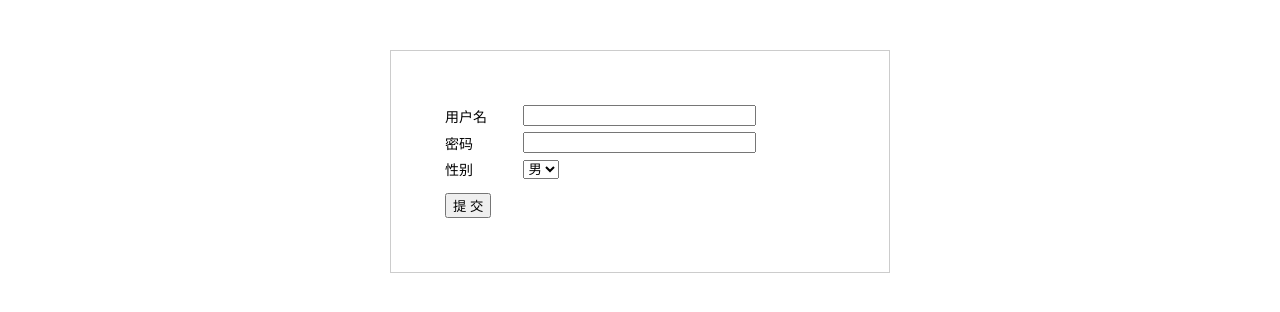
Repository: tangqingyun/java
Page: http://localhost/tamny_blog/Reg.jsp
An editor plug-in stored every save of this project. The page is shown before and after the next save, followed by the edit.
The browser window is 1280 px wide. The pictures show the whole page.
The page is served by Tomcat 9. Nobody is signed in. The application's start-up code is not run.

Above is the page before, as saved 2015-01-21 07:50:45.

After the next save:
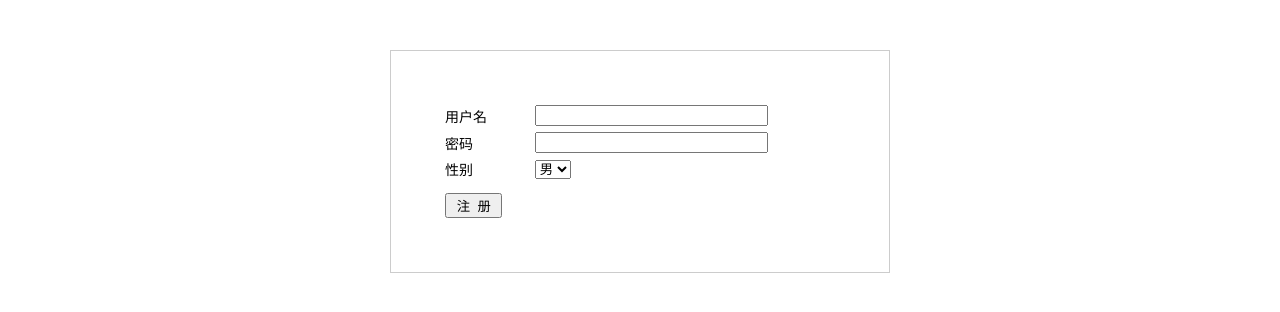
Saved 20 s later.
--- a/tamny_blog/WebContent/Reg.jsp
+++ b/tamny_blog/WebContent/Reg.jsp
@@ -39,7 +39,7 @@
 
 			<tr>
 				<td style="padding-top: 10px;"><input type="submit"
-					name="submit" value="提 交" />&nbsp;&nbsp;</td>
+					name="submit" value=" 注  册 " />&nbsp;&nbsp;</td>
 			</tr>
 		</table>
 	</form>
